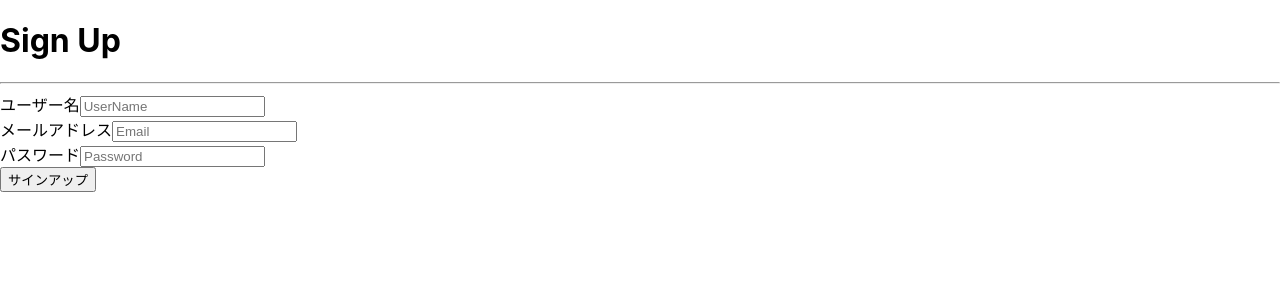
Repository: tosaken1116/Backs-of-seniors-hackathon
Page: /components/SignUpModal
An editor plug-in stored every save of this project. The page is shown before and after the next save, followed by the edit.
The browser window is 1280 px wide. The pictures show the whole page.
The project was rebuilt for these pictures with package versions that can differ from the ones it lists, and the page was loaded fresh each time. The framework's server and built-in components were replaced by stand-ins that run in the browser. Also part of the build but not shown: next.config.js.

Above is the page before, as saved 2022-07-16 21:01:05.

After the next save:
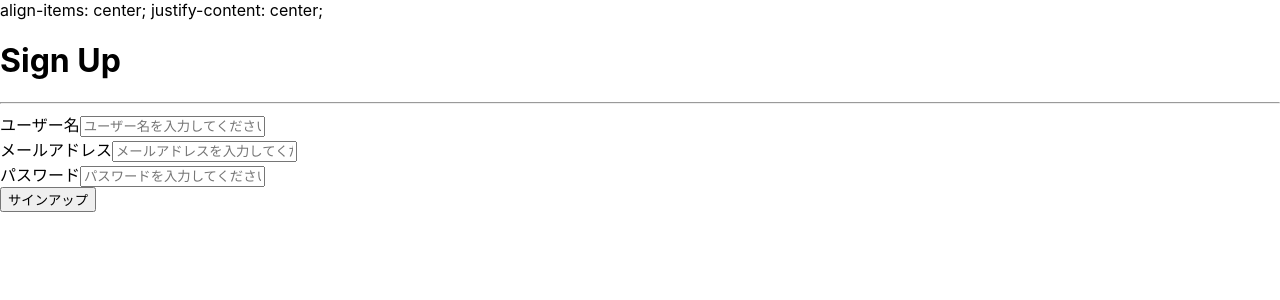
Saved 72 min 0 s later.
--- a/pages/components/SignUpModal.tsx
+++ b/pages/components/SignUpModal.tsx
@@ -56,15 +56,17 @@ export default function SignInModal() {
 
     return (
         <div className="formcontainer">
+            align-items: center; justify-content: center;
             <form onSubmit={(event) => handleSubmit(event)}>
-                <h1 class="place-content-center">Sign Up</h1>
+                <h1 className="place-content-center text-xl...">Sign Up</h1>
                 <hr />
                 <div className="uiForm">
                     <div className="formField">
                         <label>ユーザー名</label>
                         <input
+                            className="place-content-center"
                             type="text"
-                            placeholder="UserName"
+                            placeholder="ユーザー名を入力してください"
                             name="username"
                             required
                             onChange={(event) => handleChange(event)}
@@ -76,7 +78,7 @@ export default function SignInModal() {
                         <label>メールアドレス</label>
                         <input
                             type="text"
-                            placeholder="Email"
+                            placeholder="メールアドレスを入力してください"
                             name="email"
                             required
                             onChange={(event) => handleChange(event)}
@@ -88,7 +90,7 @@ export default function SignInModal() {
                         <label>パスワード</label>
                         <input
                             type="password"
-                            placeholder="Password"
+                            placeholder="パスワードを入力してください"
                             name="password"
                             required
                             onChange={(event) => handleChange(event)}
@@ -96,7 +98,10 @@ export default function SignInModal() {
                     </div>
                     {/* <div>{formErrors.password}</div> */}
                     {/* <p className="errormsg">{formErrors.password}</p> */}
-                    <button className="SubmitButton" type="submit">
+                    <button
+                        className="rounded-none... SubmitButton"
+                        type="submit"
+                    >
                         サインアップ
                     </button>
                     {/* {Object.keys isSubmit && ( <div>サインアップ完了</div>)}*/}
